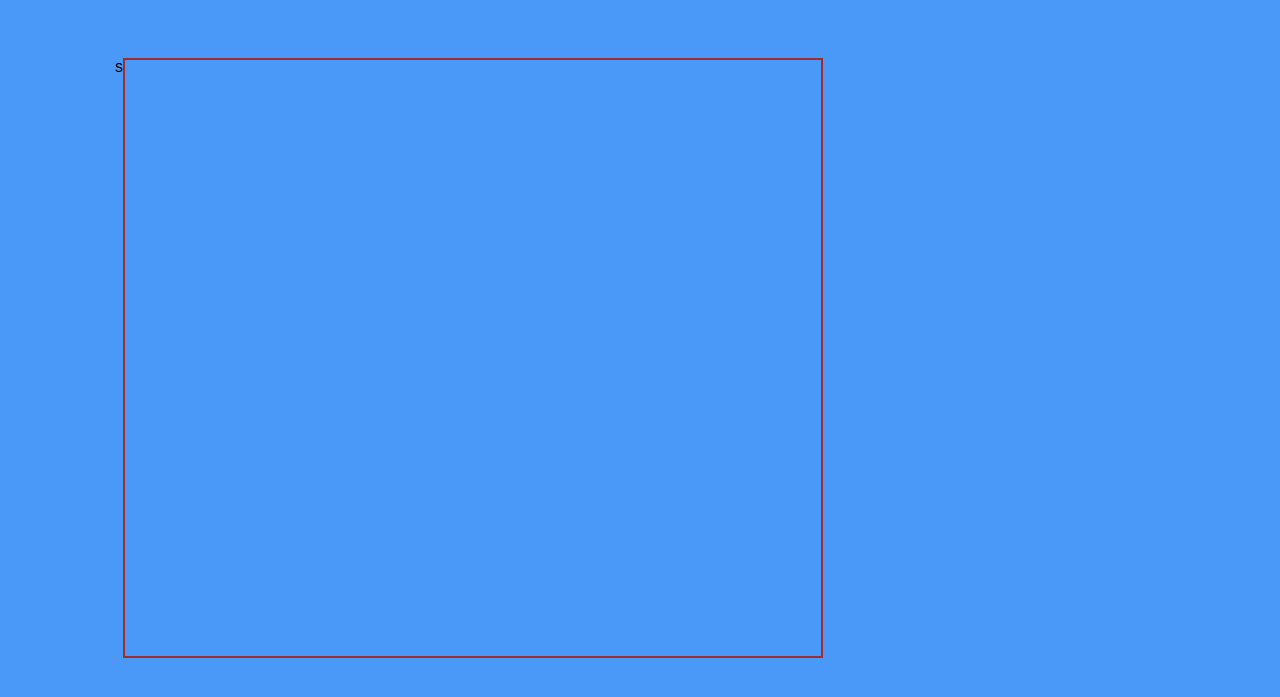
Repository: mdsajib50/Drawing-app
Page: index.html
An editor plug-in stored every save of this project. The page is shown before and after a run of saves, followed by the edit.
The browser window is 1280 px wide. The pictures show the whole page.

Above is the page before, as saved 2025-02-17 21:34:03.

### index.html
<!DOCTYPE html>
<html lang="en">
<head>
    <meta charset="UTF-8">
    <meta name="viewport" content="width=device-width, initial-scale=1.0">
    <link rel="stylesheet" href="style.css">
    <title>Drawing App</title>
</head>
<body>
    <div class="container">
        s
        <div>
            <canvas id="mycanvas"></canvas>
        </div>
    </div>
    <script src="script.js"></script>
</body>
</html>

### style.css
*{
    margin: 0;
    padding: 0;
    box-sizing: border-box;
    font-family: 'Poppins', sans-serif;
}

body{
    display: flex;
    justify-content: center;
    align-items: center;
    min-height: 100vh;
    background-color: #4A98F7;
}
.container{
    display: flex;
    width: 100%;
    max-width: 1050px;
}
canvas{
    width: 700px;
    height: 600px;
    border: 2px solid brown;
}

### script.js
const drawing = document.getElementById('myCanvas');

After the next 4 saves:
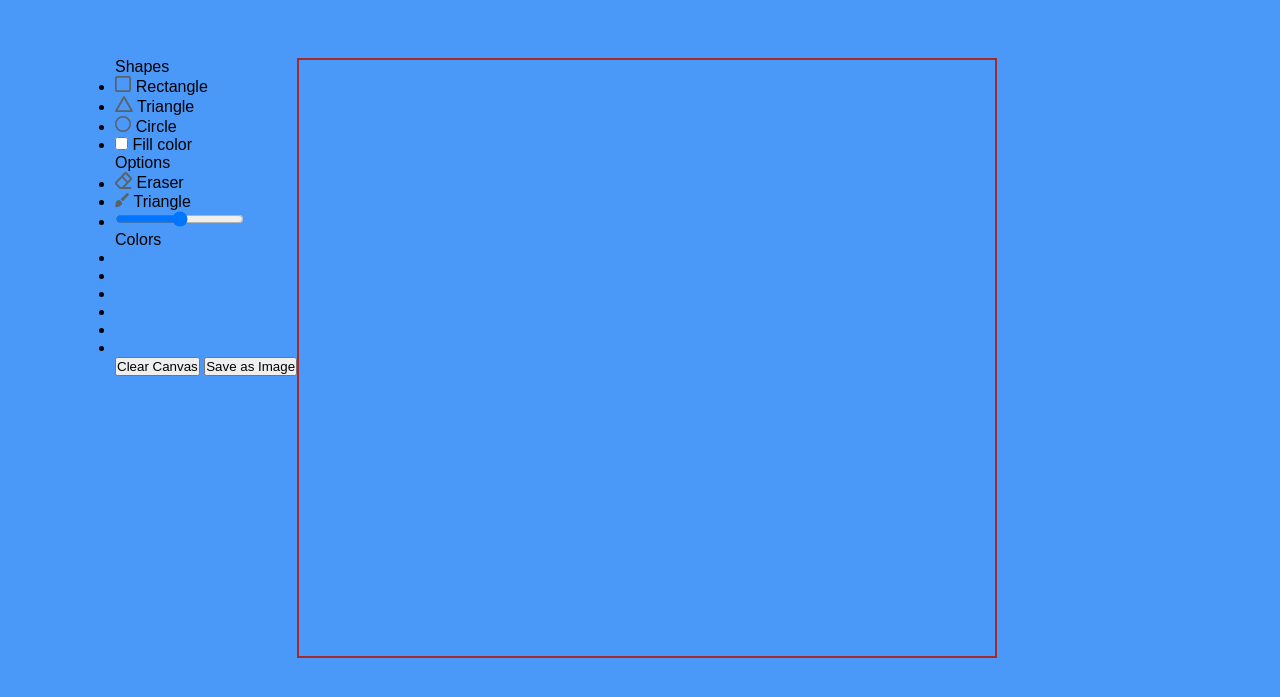
The 4 saves are shown as one change because they came seconds apart.
The last was saved 10 s later.
--- a/index.html
+++ b/index.html
@@ -8,7 +8,62 @@
 </head>
 <body>
     <div class="container">
-        s
+        <section>
+            <aside>
+                <div class="row">
+                    <label for="" class="title">Shapes</label>
+                   <ul class="options">
+                    <li class="option">
+                        <img src="icons/icons/rectangle.svg" alt="">
+                        <span>Rectangle</span>
+                    </li>
+                    <li class="option">
+                        <img src="icons/icons/triangle.svg" alt="">
+                        <span>Triangle</span>
+                    </li>
+                    <li class="option">
+                        <img src="icons/icons/circle.svg" alt="">
+                        <span>Circle</span>
+                    </li>
+                    <li class="option">
+                        <input type="checkbox" name="" id="">
+                        <label for="">Fill color</label>
+                    </li>
+                   </ul>
+                </div>
+                <div class="row">
+                    <label for="" class="title">Options</label>
+                   <ul class="options">
+                    <li class="option">
+                        <img src="icons/icons/eraser.svg" alt="">
+                        <span>Eraser</span>
+                    </li>
+                    <li class="option">
+                        <img src="icons/icons/brush.svg" alt="">
+                        <span>Triangle</span>
+                    </li>
+                    <li class="option">
+                        <input type="range" name="" id="size-slider">
+                    </li>
+                   </ul>
+                </div>
+                <div class="row">
+                    <label for="" class="title">Colors</label>
+                   <ul class="colors">
+                    <li class="option"></li>
+                    <li class="option"></li>
+                    <li class="option"></li>
+                    <li class="option"></li>
+                    <li class="option"></li>
+                    <li class="option"></li>
+                   </ul>
+                </div>
+                <div class="row">
+                   <button class="clear-canvas" type="button">Clear Canvas</button>
+                   <button class="save-image" type="button">Save as Image</button>
+                </div>
+            </aside>
+        </section>
         <div>
             <canvas id="mycanvas"></canvas>
         </div>
